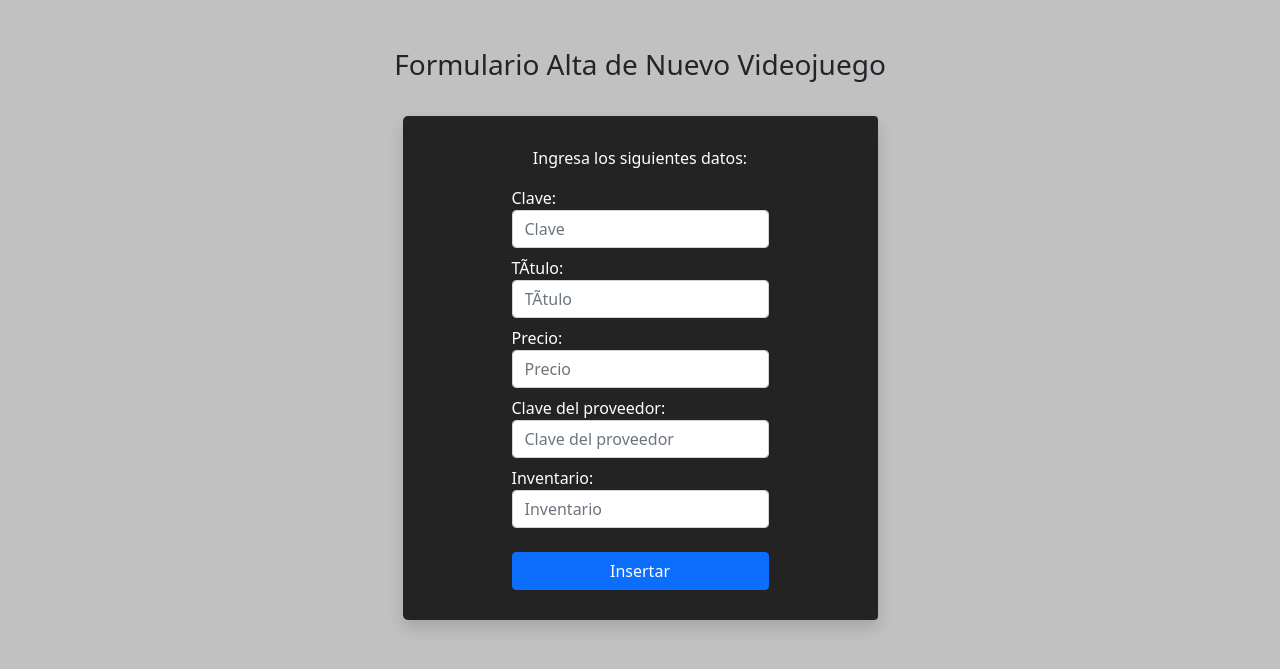
Repository: Jatziri16/JavaEE
Page: http://localhost/TiendaVideojuegos/FormularioInsertarVideojuego.jsp
An editor plug-in stored every save of this project. The page is shown before and after the next save, followed by the edit.
The browser window is 1280 px wide. The pictures show the whole page.
The page is served by Tomcat 9.

Above is the page before, as saved 2023-12-06 22:34:11.

After the next save:
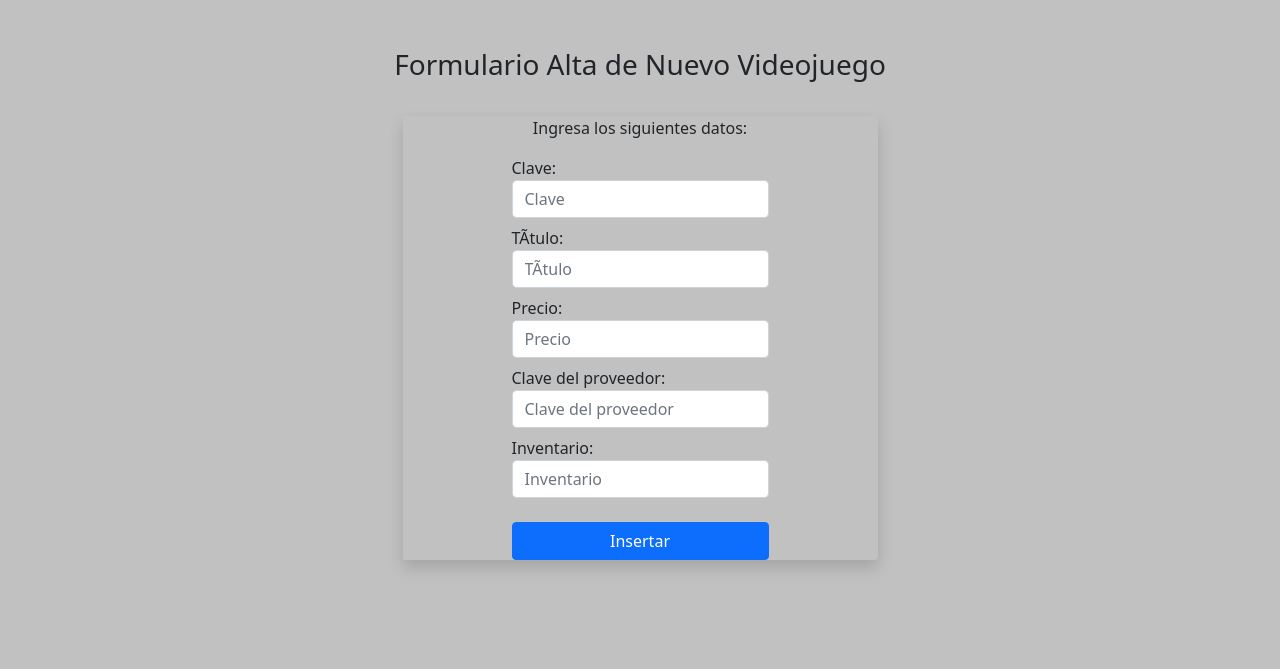
Saved 21 s later.
--- a/TiendaVideojuegos/src/main/webapp/FormularioInsertarVideojuego.jsp
+++ b/TiendaVideojuegos/src/main/webapp/FormularioInsertarVideojuego.jsp
@@ -14,7 +14,7 @@
 			<h3 class="text-center mt-5 mb-1">Formulario Alta de Nuevo Videojuego</h3>
 			<div class="container rounded-3 contenedor">
 				<div class="row align-items-stretch justify-content-center">
-					<div class="login-container  col-7 col-sm-6 col-md-5 col-xl-5 rounded-end shadow">
+					<div class="col-7 col-sm-6 col-md-5 col-xl-5 rounded-end shadow">
 						<p class="text-center">Ingresa los siguientes datos:</p>
 						<div class="centrar">
 							<!-- FORM -->

After the save that followed:
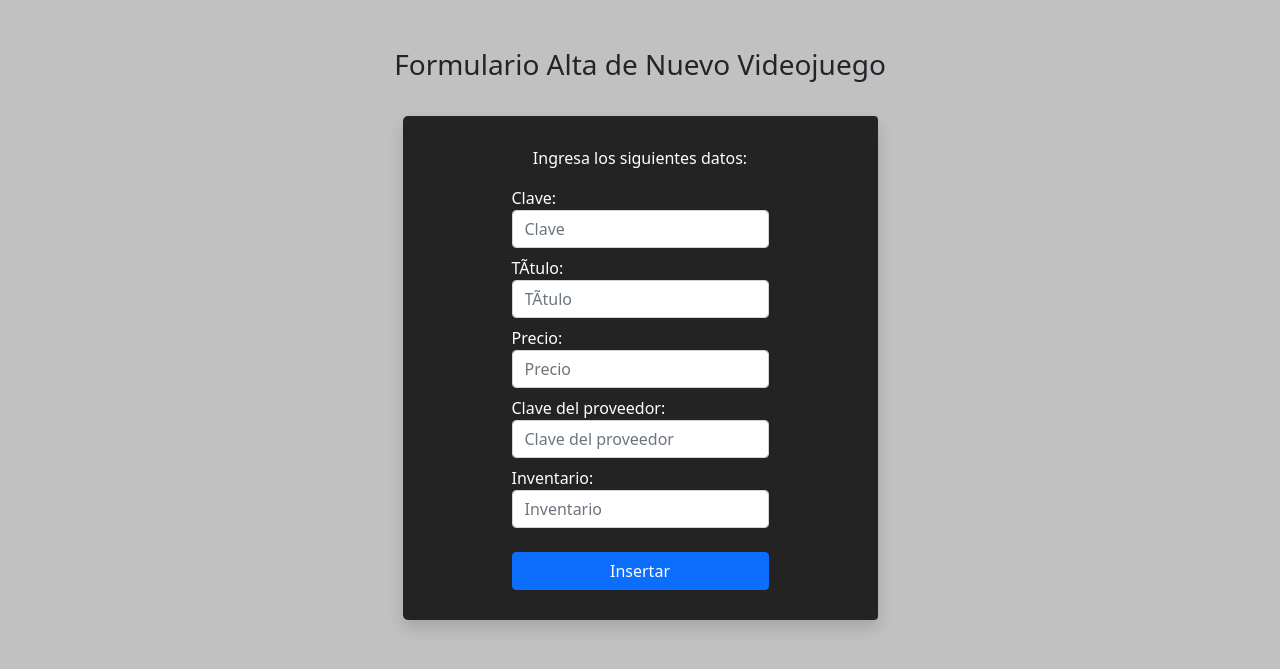
Saved 11 s later.
--- a/TiendaVideojuegos/src/main/webapp/FormularioInsertarVideojuego.jsp
+++ b/TiendaVideojuegos/src/main/webapp/FormularioInsertarVideojuego.jsp
@@ -14,7 +14,7 @@
 			<h3 class="text-center mt-5 mb-1">Formulario Alta de Nuevo Videojuego</h3>
 			<div class="container rounded-3 contenedor">
 				<div class="row align-items-stretch justify-content-center">
-					<div class="col-7 col-sm-6 col-md-5 col-xl-5 rounded-end shadow">
+					<div class="login-container col-7 col-sm-6 col-md-5 col-xl-5 rounded-end shadow">
 						<p class="text-center">Ingresa los siguientes datos:</p>
 						<div class="centrar">
 							<!-- FORM -->
